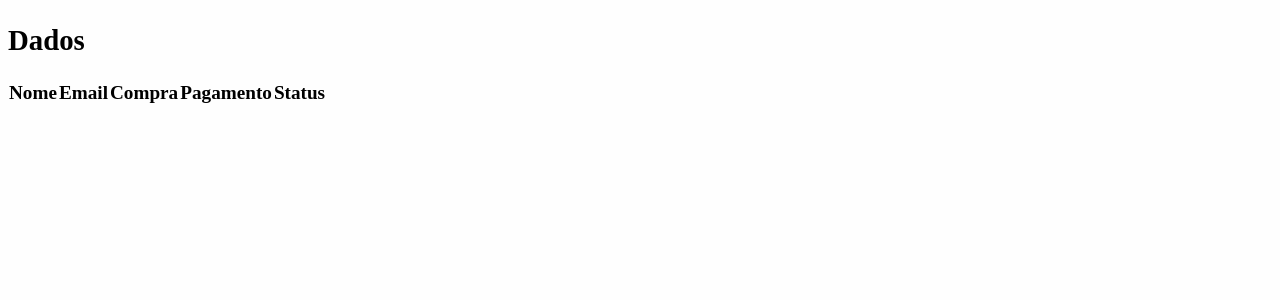
Repository: lucasleitedosreis/exercicios-praticando-typescript
Page: index.html
The author's editor kept a copy of each file at every save. The page is drawn from the files as they stood at one save, then again after the next save.
The browser window is 1280 px wide. The pictures show the whole page.
The page's requests for data from a server got no answer.

Above is the page before, as saved 2023-04-15 14:57:57.

### index.html
<!DOCTYPE html>
<html lang="pt-BR">

<head>
    <meta charset="UTF-8">
    <meta http-equiv="X-UA-Compatible" content="IE=edge">
    <meta name="viewport" content="width=device-width, initial-scale=1.0">
    <title>Exercícios TypeScript</title>
    <link rel="stylesheet" href="./src/styles.css">
</head>

<body>
    <h2>Dados</h2>
    <table id="tabela">
        <thead>
            <tr>
                <th>Nome</th>
                <th>Email</th>
                <th>Compra</th>
                <th>Pagamento</th>
                <th>Status</th>
            </tr>
        </thead>
        <tbody></tbody>
    </table>
    <script type="module" src="./dist/script.js"></script>
</body>

</html>

### src/styles.css
body {
  background: #fefefe;
  color: #000000;
  font-size: 1.2rem;
}
table {
  border-spacing: 0;
  text-align: left;
}
table td,
table th {
  padding: 0.5rem, 1rem;
}

### dist/script.js
import fetchData from "./fetchData.js";
import normalizarTransacao from "./normalizartransacao.js";
async function handleData() {
    const data = await fetchData("https://api.origamid.dev/json/transacoes.json?");
    if (!data)
        return;
    const transacoes = data.map(normalizarTransacao);
    preencherTabela(transacoes);
}
function preencherTabela(transacoes) {
    const tabela = document.querySelector("#tabela tbody");
    if (!tabela)
        return;
    transacoes.forEach((transacao) => {
        tabela.innerHTML += `
    <tr>
      <td>${transacao.nome}</td>
      <td>${transacao.email}</td>
      <td>R$: ${transacao.moeda}</td>
      <td>${transacao.pagamento}</td>
      <td>${transacao.status}</td>
    </tr>
    `;
    });
}
handleData();
//# sourceMappingURL=script.js.map

### dist/fetchData.js
export default async function fetchData(url) {
    try {
        const response = await fetch(url);
        if (!response.ok)
            throw new Error("Erro: " + response.status);
        const json = await response.json();
        return json;
    }
    catch (error) {
        if (error instanceof Error)
            console.log("Ocorreu um Erro ao executar o fetch: " + error.message);
        return null;
    }
}
//# sourceMappingURL=fetchData.js.map

### dist/normalizartransacao.js
import moedaParanumero from "./moedaParaNumero.js";
import stringToDate from "./stringToDate.js";
export default function normalizarTransacao(transacao) {
    return {
        nome: transacao.Nome,
        id: transacao.ID,
        data: stringToDate(transacao.Data),
        status: transacao.Status,
        email: transacao.Email,
        moeda: transacao["Valor (R$)"],
        valor: moedaParanumero(transacao["Valor (R$)"]),
        pagamento: transacao["Forma de Pagamento"],
        novo: Boolean(transacao["Cliente Novo"]),
    };
}
//# sourceMappingURL=normalizartransacao.js.map

### dist/moedaParaNumero.js
export default function moedaParanumero(moeda) {
    const numero = Number(moeda.replaceAll(".", "").replaceAll(",", "."));
    if (isNaN(numero)) {
        return null;
    }
    else {
        return numero;
    }
}
//# sourceMappingURL=moedaParaNumero.js.map

### dist/stringToDate.js
export default function stringToDate(text) {
    const [data, tempo] = text.split(" ");
    const [dia, mes, ano] = data.split("/").map(Number);
    const [horas, minutos] = tempo.split(":").map(Number);
    return new Date(ano, mes - 1, dia, horas, minutos);
}
//# sourceMappingURL=stringToDate.js.map

After the next save:
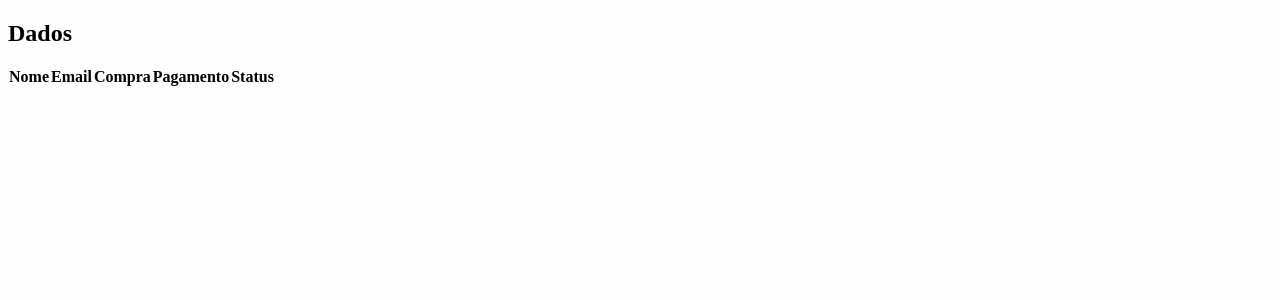
Saved 2 min 3 s later.
--- a/src/styles.css
+++ b/src/styles.css
@@ -1,7 +1,6 @@
 body {
   background: #fefefe;
   color: #000000;
-  font-size: 1.2rem;
 }
 table {
   border-spacing: 0;

After the 2 saves that followed:
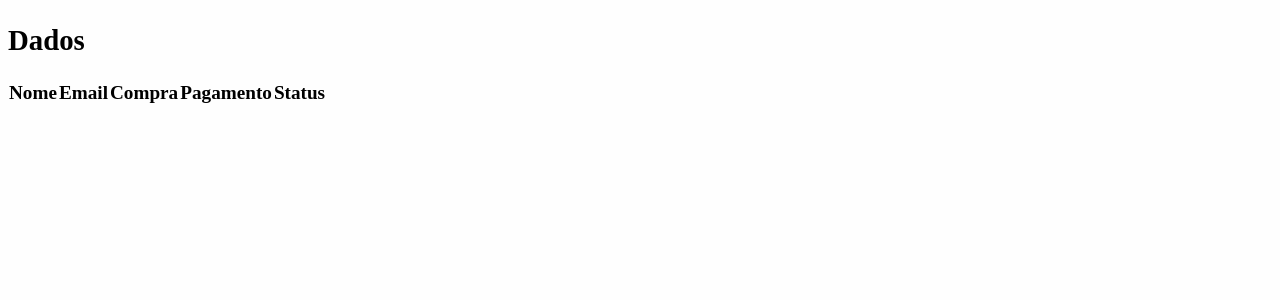
The 2 saves are shown as one change because 1 left the picture as it was.
The last was saved 14 s later.
--- a/src/styles.css
+++ b/src/styles.css
@@ -1,6 +1,7 @@
 body {
   background: #fefefe;
   color: #000000;
+  font-size: 1.2rem;
 }
 table {
   border-spacing: 0;
